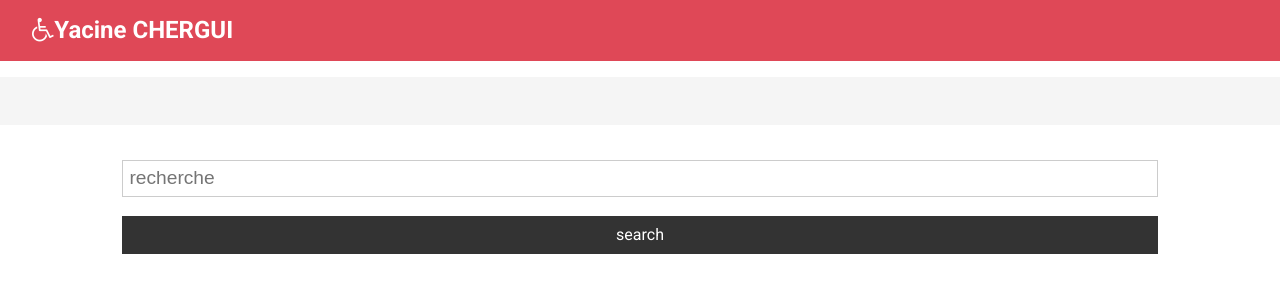
Repository: cherguiyacine/gitHubSearch
Page: /
An editor plug-in stored every save of this project. The page is shown before and after the next save, followed by the edit.
The browser window is 1280 px wide. The pictures show the whole page.
The project was rebuilt for these pictures with package versions that can differ from the ones it lists, and the page was loaded fresh each time. Also part of the build but not shown: src/Component/Users/UserItem.js, src/Component/Layout/Spinner.js, src/Authentification.js.

Above is the page before, as saved 2019-11-22 00:57:33.

After the next save:
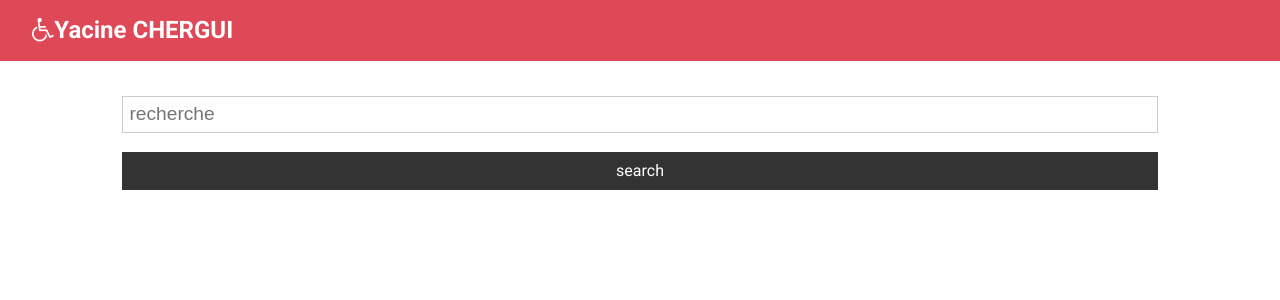
Saved 71 s later.
--- a/src/App.js
+++ b/src/App.js
@@ -34,7 +34,7 @@ class App extends React.Component {
     return (
       <div className='App'>
         <Navbar title='Yacine CHERGUI' icon='fa fa-wheelchair'></Navbar>
-        <Alert alert={this.alert}></Alert>
+        <Alert alert={this.state.alert}></Alert>
         <div className='container'>
           <Search
             searchUser={this.searchUser}
